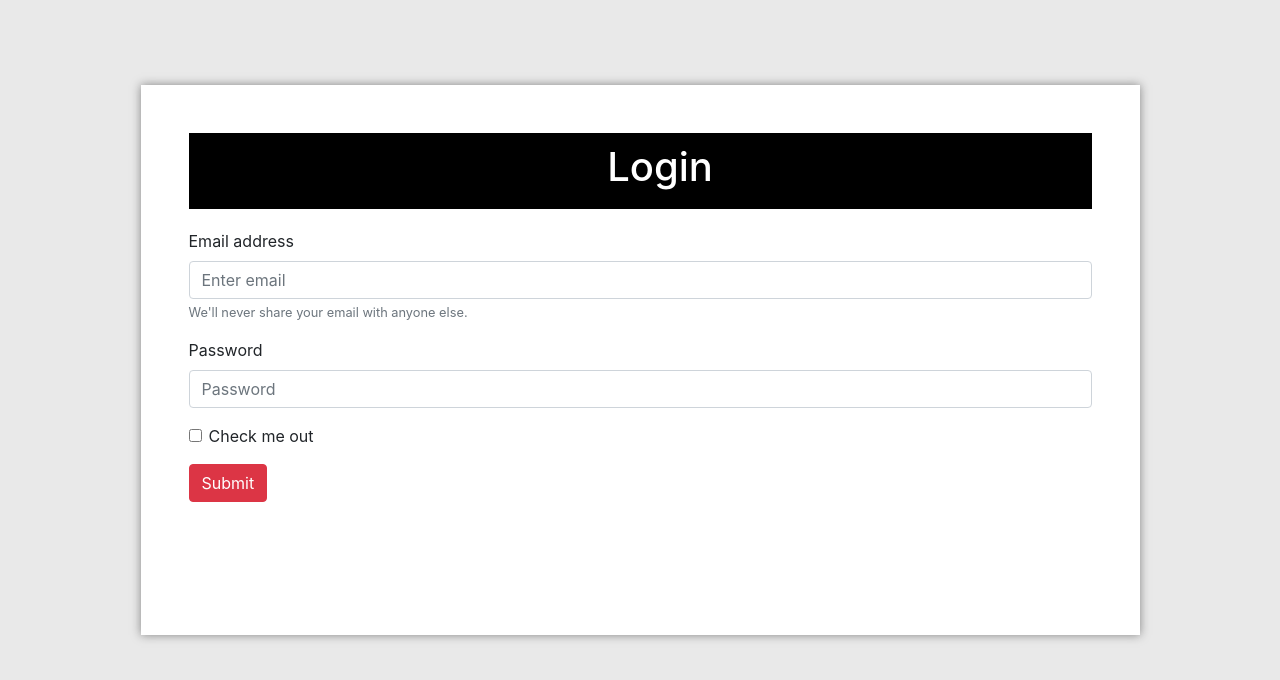
Repository: tts2610/itviec-clone
Page: /login
The author's editor kept a copy of each file at every save. The page is drawn from the files as they stood at one save, then again after the next save.
The browser window is 1280 px wide. The pictures show the whole page.
Some web libraries are served in a nearby version. The project was rebuilt for these pictures with package versions that can differ from the ones it lists, and the page was loaded fresh each time. Also part of the build but not shown: src/pages/Jobs.js, src/pages/Detail.js, src/pages/404.js.

Above is the page before, as saved 2020-06-10 11:30:23.

After the next save:
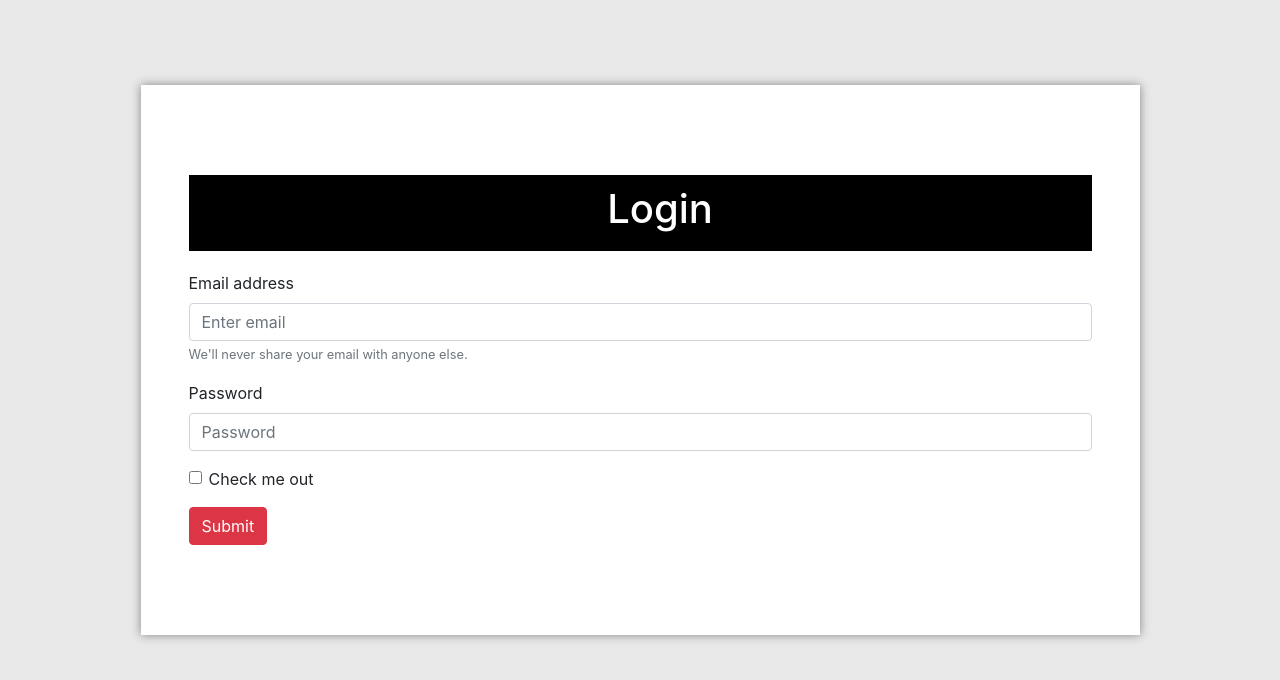
Saved 47 s later.
--- a/src/pages/Login.js
+++ b/src/pages/Login.js
@@ -39,6 +39,7 @@ export default function Login() {
             display: "flex",
             alignItems: "center",
             flexDirection: "column",
+            justifyContent: "center",
           }}
         >
           <div class="login-title-box">
